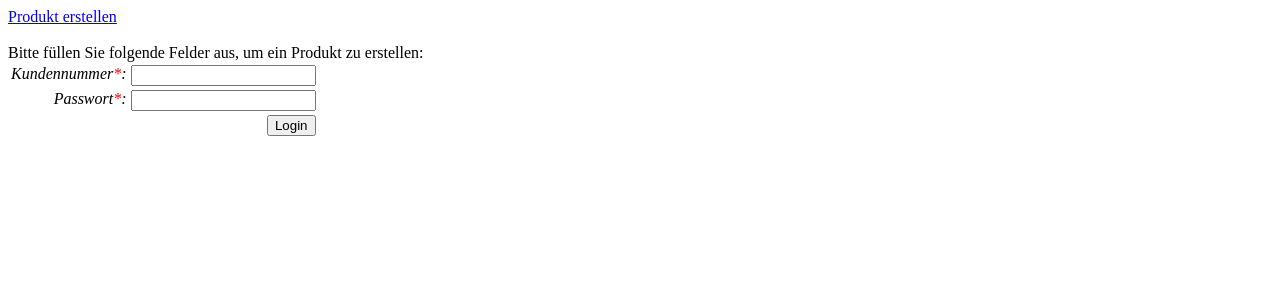
Repository: exic/VIS-Labor
Page: http://localhost/vislabor/forward_to_product_create.action
These files come from the project's save history. The page is drawn as it stood at one moment and after the next save; the edit follows.
The browser window is 1280 px wide. The pictures show the whole page.
The page is served by Tomcat 9. Other server files are loaded and not shown.

Above is the page before, as saved 2011-05-15 09:35:29.

### workspace/vislabor/WebContent/pages/CreateProduct.jsp
<%@ page contentType="text/html; charset=UTF-8"%>
<!DOCTYPE html PUBLIC "-//W3C//DTD HTML 4.01 Transitional//EN" "http://www.w3.org/TR/html4/loose.dtd">
<%@ taglib prefix="s" uri="/struts-tags"  %>

<html>
<head>
<meta http-equiv="Content-Type" content="text/html; charset=ISO-8859-1">
<title>Login User</title>
	<s:head/>
</head>
<body>
	<a href="<s:url action="forward_to_admin_start"/>">Produkt erstellen</a>
	<br /><br />

	<s:text name="Bitte füllen Sie folgende Felder aus, um ein Produkt zu erstellen:" />

	<s:form action="create_product">
		<s:textfield name="id" label="Kundennummer" size="20" required="true"/>
		<s:password name="password" label="Passwort" size="20" required="true"/>

		<s:submit value="Login"/>
	</s:form>

	 <font color="red">
	 	<s:actionerror label="label" />
	 </font>

 </body>
</html>

After the next save:
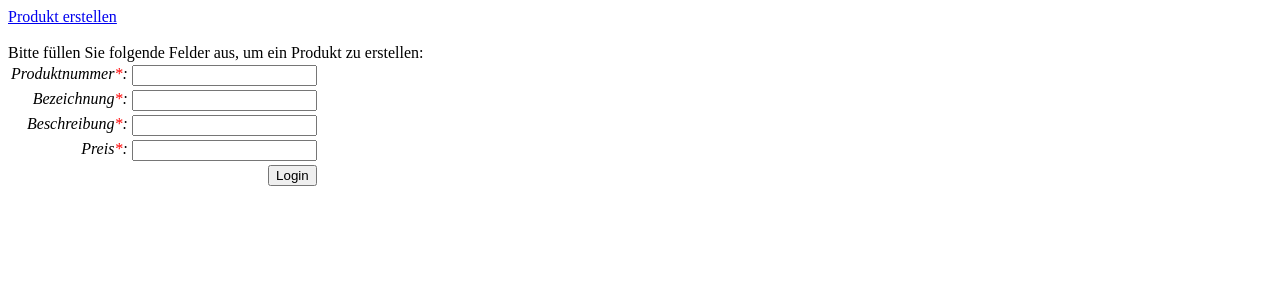
Saved 81 s later.
--- a/workspace/vislabor/WebContent/pages/CreateProduct.jsp
+++ b/workspace/vislabor/WebContent/pages/CreateProduct.jsp
@@ -15,8 +15,10 @@
 	<s:text name="Bitte füllen Sie folgende Felder aus, um ein Produkt zu erstellen:" />
 
 	<s:form action="create_product">
-		<s:textfield name="id" label="Kundennummer" size="20" required="true"/>
-		<s:password name="password" label="Passwort" size="20" required="true"/>
+		<s:textfield name="id" label="Produktnummer" size="20" required="true"/>
+		<s:textfield name="label" label="Bezeichnung" size="20" required="true"/>
+		<s:textfield name="description" label="Beschreibung" size="20" required="true"/>
+		<s:textfield name="price" label="Preis" size="20" required="true"/>
 
 		<s:submit value="Login"/>
 	</s:form>
